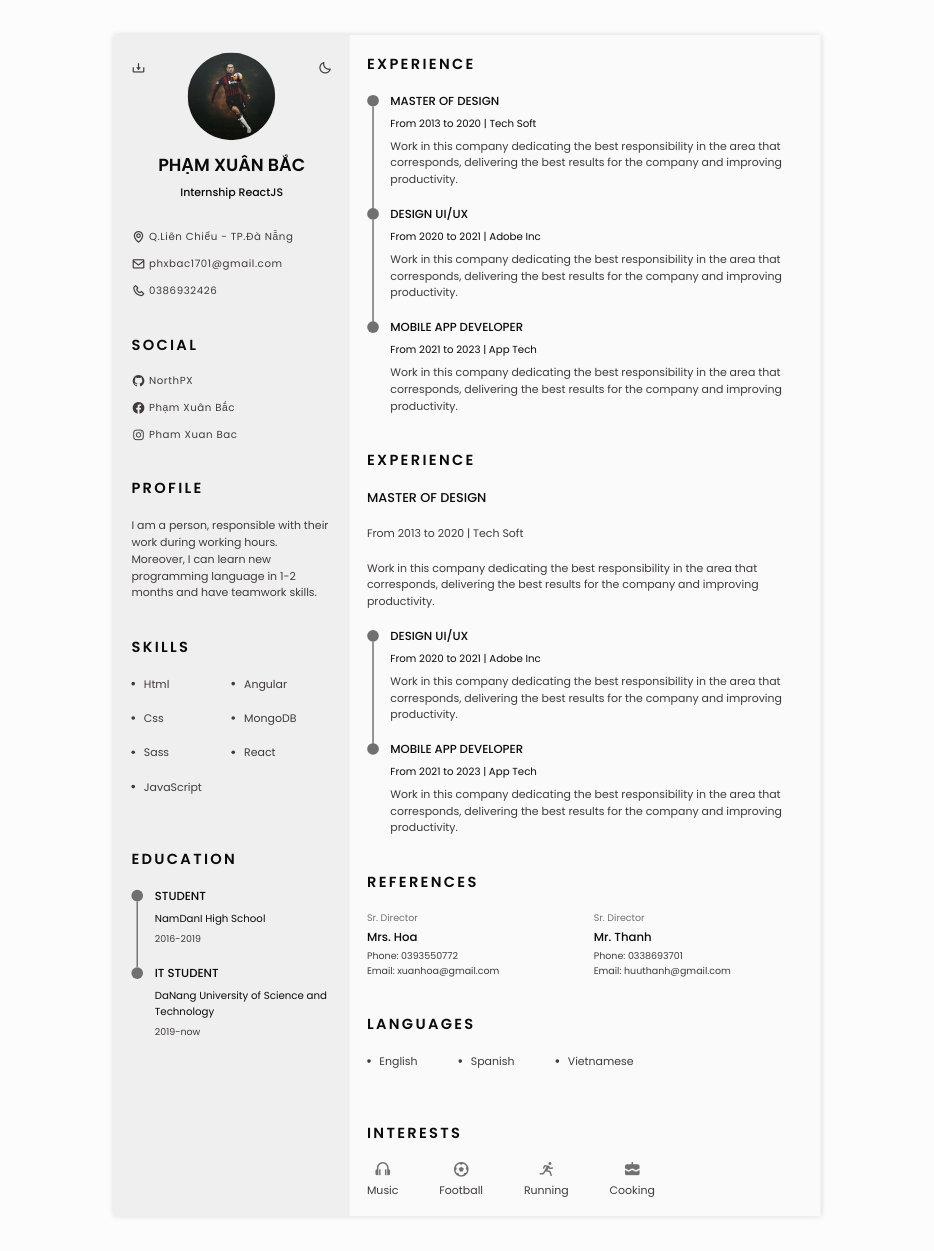
Repository: northpx/myCV
Page: index.html
The author's editor kept a copy of each file at every save. The page is drawn from the files as they stood at one save, then again after a run of saves.
The browser window is 1280 px wide. The pictures show the whole page, at 73% of full size.

Above is the page before, as saved 2023-02-23 17:07:32.
Console error: TypeError: Cannot read properties of null (reading 'classList')

### index.html
<!DOCTYPE html>
<html lang="en">
<head>
    <meta charset="UTF-8">
    <meta http-equiv="X-UA-Compatible" content="IE=edge">
    <meta name="viewport" content="width=device-width, initial-scale=1.0">
    <link rel="stylesheet" href="./src/css/styles.css">
    <link rel="stylesheet" href="https://cdn.jsdelivr.net/npm/boxicons@latest/css/boxicons.min.css">
    <title>Pham Xuan Bac</title>
</head>
<body>
    <header class="l-header" id="header">
        <nav class="nav bd-container">
            <a href="#" class="nav__logo">Bac</a>
            <div class="nav__menu" id="nav-menu">
                <ul class="nav__list">
                    <li class="nav__item">
                        <a href="#home" class="nav__link active-link">
                            <i class='bx bx-home nav__icon' ></i>HOME
                        </a>
                    </li>
                    <li class="nav__item">
                        <a href="#profile" class="nav__link">
                            <i class='bx bx-user nav__icon' ></i>USER
                        </a>
                    </li>
                    <li class="nav__item">
                        <a href="#education" class="nav__link">
                            <i class='bx bx-book nav__icon' ></i>EDUCATION
                        </a>
                    </li>
                    <li class="nav__item">
                        <a href="#skills" class="nav__link">
                            <i class='bx bx-receipt nav__icon' ></i>SKILLS
                        </a>
                    </li>
                    <li class="nav__item">
                        <a href="#experience" class="nav__link">
                            <i class='bx bx-briefcase-alt nav__icon' ></i>experience
                        </a>
                    </li>
                    <li class="nav__item">
                        <a href="#certificates" class="nav__link">
                            <i class='bx bx-award nav__icon' ></i>CERTIFICATES
                        </a>
                    </li>

                    <li class="nav__item">
                        <a href="#references" class="nav__link">
                            <i class='bx bx-link-external nav__icon' ></i>REFERENCES
                        </a>
                    </li>
                </ul>
            </div>

            <div class="nav__toogle" id="nav-toggle">
                <i class="bx bx-grid-alt"></i>
            </div>
        </nav>
    </header>
    <main class="l-main bd-container">
        <div class="resume" id="area-cv">
            <div class="resume__left">
                <section class="home" id="home">
                    <div class="home__container section bd-grid">
                        <div class="home__data bd-grid">
                            <img src="./src/img/z3668101589347_355da8c054c5f58beb49364ce3f9e5b5.jpg" alt="" class="home__img">
                            <h1 class="home__title"><b>PHẠM XUÂN BẮC</b></h1>
                            <h3 class="home__profession">Internship ReactJS</h3>
                            <div>
                                <a download="" href="./src/pdf/resumecv.pdf" class="home__button-movil">Download</a>
                            </div>
                        </div>
                        <div class="home__address bd-grid">
                            <span class="home__information">
                                <i class="bx bx-map home__icon"></i> Q.Liên Chiểu - TP.Đà Nẵng
                            </span>
                            <span class="home__information">
                                <i class="bx bx-envelope home__icon"></i> phxbac1701@gmail.com
                            </span>
                            <span class="home__information">
                                <i class="bx bx-phone home__icon"></i> 0386932426
                            </span>
                        </div>
                    </div>
                    <i class="bx bx-moon change-theme" title="Theme" id="theme-button"></i>
                    <i class="bx bx-download generate-pdf" title="Generate PDF" id="resume-button"></i>
                </section>

                <section class="social section">
                    <h2 class="section-title">Social</h2>
                    <div class="social__container bd-grid">
                        <a href="https://github.com/northpx" target="_blank" class="social_link">
                            <i class="bx bxl-github social__icon"></i> NorthPX
                        </a>
                        <a href="https://www.facebook.com/north.px.13/" target="_blank" class="social_link">
                            <i class="bx bxl-facebook-circle social__icon"></i> Phạm Xuân Bắc
                        </a>
                        <a href="https://www.instagram.com/_north.px_/" target="_blank" class="social_link">
                            <i class="bx bxl-instagram social__icon"></i> Pham Xuan Bac
                        </a>
                    </div>
                </section>

                <section class="profile section" id="profile">
                    <h2 class="section-title">Profile</h2>
                    <p class="profile__description">
                        I am a person, responsible with their work during working hours. Moreover, I can learn new programming language in 1-2 months and have teamwork skills.
                    </p>
                </section>

                <section class="skills section" id="skills">
                    <h2 class="section-title">Skills</h2>
                    <div class="skills__content bd-grid">
                        <ul class="skills__data">
                            <li class="skills__name">
                                <span class="skills__circle"></span> Html
                            </li>
                            <li class="skills__name">
                                <span class="skills__circle"></span> Css
                            </li>
                            <li class="skills__name">
                                <span class="skills__circle"></span> Sass
                            </li>
                            <li class="skills__name">
                                <span class="skills__circle"></span> JavaScript
                            </li>
                        </ul>

                        <ul class="skills__data">
                            <li class="skills__name">
                                <span class="skills__circle"></span> Angular
                            </li>
                            <li class="skills__name">
                                <span class="skills__circle"></span> MongoDB
                            </li>
                            <li class="skills__name">
                                <span class="skills__circle"></span> React
                            </li>
                        </ul>
                    </div>
                </section>

                <section class="education section" id="education">
                    <h2 class="section-title">Education</h2>
                    <div class="education__container bd-grid">
                        <!-- <div class="education__content">
                            <div class="education__time">
                                <span class="education__rounder"></span>
                                <span class="education__line"></span>
                            </div>
                            <div class="education__data bd-grid">
                                <h3 class="education__title">STUDENT</h3>
                                <span class="education__studies">HongLong Secondary School</span>
                                <span class="education__year">2012-2016</span>
                            </div>
                        </div> -->

                        <div class="education__content">
                            <div class="education__time">
                                <span class="education__rounder"></span>
                                <span class="education__line"></span>
                            </div>
                            <div class="education__data bd-grid">
                                <h3 class="education__title">STUDENT</h3>
                                <span class="education__studies">NamDanI High School</span>
                                <span class="education__year">2016-2019</span>
                            </div>
                        </div>

                        <div class="education__content">
                            <div class="education__time">
                                <span class="education__rounder"></span>
                                <!-- <span class="education__line"></span> -->
                            </div>
                            <div class="education__data bd-grid">
                                <h3 class="education__title">IT STUDENT</h3>
                                <span class="education__studies">DaNang University of Science and Technology</span>
                                <span class="education__year">2019-now</span>
                            </div>
                        </div>
                    </div>
                </section>

            </div>

            <div class="resume__right">
                <section class="experience section" id="experience">
                    <h2 class="section-title">experience</h2>
                    <div class="experience__container bd-grid">
                        <div class="experience__content">
                            <div class="experience__time">
                                <span class="experience__rounder"></span>
                                <span class="experience__line"></span>
                            </div>
                            <div class="experience__data bd-grid">
                                <h3 class="experience__title">MASTER OF DESIGN</h3>
                                <span class="experience__company">From 2013 to 2020 | Tech Soft</span>
                                <p class="experience__description">Work in this company dedicating the best responsibility in the area that corresponds, delivering the best results for the company and improving productivity.</p>
                            </div>
                        </div>
                        <div class="experience__content">
                            <div class="experience__time">
                                <span class="experience__rounder"></span>
                                <span class="experience__line"></span>
                            </div>
                            <div class="experience__data bd-grid">
                                <h3 class="experience__title">DESIGN UI/UX</h3>
                                <span class="experience__company">From 2020 to 2021 | Adobe Inc</span>
                                <p class="experience__description">Work in this company dedicating the best responsibility in the area that corresponds, delivering the best results for the company and improving productivity.</p>
                            </div>
                        </div>
                        <div class="experience__content">
                            <div class="experience__time">
                                <span class="experience__rounder"></span>
                            </div>
                            <div class="experience__data bd-grid">
                                <h3 class="experience__title">MOBILE APP DEVELOPER</h3>
                                <span class="experience__company">From 2021 to 2023 | App Tech</span>
                                <p class="experience__description">Work in this company dedicating the best responsibility in the area that corresponds, delivering the best results for the company and improving productivity.</p>
                            </div>
                        </div>
                    </div>
                </section>

                <section class="project section" id="project">
                    <h2 class="section-title">experience</h2>
                    <div class="project__container bd-grid">
                        <div class="project__content">
                            <div class="project__time">
                                <span class="project__rounder"></span>
                                <span class="project__line"></span>
                            </div>
                            <div class="project__data bd-grid">
                                <h3 class="project__title">MASTER OF DESIGN</h3>
                                <span class="project__company">From 2013 to 2020 | Tech Soft</span>
                                <p class="project__description">Work in this company dedicating the best responsibility in the area that corresponds, delivering the best results for the company and improving productivity.</p>
                            </div>
                        </div>
                        <div class="experience__content">
                            <div class="experience__time">
                                <span class="experience__rounder"></span>
                                <span class="experience__line"></span>
                            </div>
                            <div class="experience__data bd-grid">
                                <h3 class="experience__title">DESIGN UI/UX</h3>
                                <span class="experience__company">From 2020 to 2021 | Adobe Inc</span>
                                <p class="experience__description">Work in this company dedicating the best responsibility in the area that corresponds, delivering the best results for the company and improving productivity.</p>
                            </div>
                        </div>
                        <div class="experience__content">
                            <div class="experience__time">
                                <span class="experience__rounder"></span>
                            </div>
                            <div class="experience__data bd-grid">
                                <h3 class="experience__title">MOBILE APP DEVELOPER</h3>
                                <span class="experience__company">From 2021 to 2023 | App Tech</span>
                                <p class="experience__description">Work in this company dedicating the best responsibility in the area that corresponds, delivering the best results for the company and improving productivity.</p>
                            </div>
                        </div>
                    </div>
                </section>

                <!-- <section class="certificate section" id="certificates">
                    <h2 class="section-title">Certificates</h2>
                    <div class="certificate__container bd-grid">
                        <div class="certificate__content">
                            <h3 class="certificate__title">Certified for compliance in the work area (2012)</h3>
                            <p class="certificate__description">For meeting the expectations of leading the team to work the specified tasks in the labor field.</p>
                        </div>

                        <div class="certificate__content">
                            <h3 class="certificate__title">Certificate of attendance on computer technology.</h3>
                            <p class="certificate__description">For meeting the expectations of leading the team to work the specified tasks in the labor field.</p>
                        </div>

                        <div class="certificate__content">
                            <h3 class="certificate__title">Achievement medal for productivity excellence during the year (2019)</h3>
                            <p class="certificate__description">For meeting the expectations of leading the team to work the specified tasks in the labor field.</p>
                        </div>
                    </div>
                </section> -->

                <section class="references section" id="references">
                    <h2 class="section-title">References</h2>
                    <div class="references__container bd-grid">
                        <div class="references__content bd-grid">
                            <span class="references__subtitle">Sr. Director</span>
                            <h3 class="references__title">Mrs. Hoa</h3>
                            <ul class="references__contact">
                                <li>Phone: 0393550772</li>
                                <li>Email: xuanhoa@gmail.com</li>
                            </ul>
                        </div>

                        <div class="references__content bd-grid">
                            <span class="references__subtitle">Sr. Director</span>
                            <h3 class="references__title">Mr. Thanh</h3>
                            <ul class="references__contact">
                                <li>Phone: 0338693701</li>
                                <li>Email: huuthanh@gmail.com</li>
                            </ul>
                        </div>
                    </div>
                </section>

                <section class="languages section">
                    <h2 class="section-title">Languages</h2>
                    <div class="languages__container bd-grid">
                        <ul class="languages__content bd-grid">
                            <li class="languages_name">
                                <span class="languages__circle"></span> English
                            </li>
                            <li class="languages_name">
                                <span class="languages__circle"></span> Spanish
                            </li>
                            <li class="languages_name">
                                <span class="languages__circle"></span> Vietnamese
                            </li>

                        </ul>
                    </div>
                </section>

                <section class="interests section">
                    <h2 class="section-title">Interests</h2>
                    <div class="interests__container bd-grid">
                        <div class="interests__content">
                            <i class="bx bx-headphone interests__icon"></i>
                            <span class="interests__name">Music</span>
                        </div>
                        <div class="interests__content">
                            <i class='bx bx-football interests__icon' ></i>
                            <span class="interests__name">Football</span>
                        </div>
                        <div class="interests__content">
                            <i class='bx bx-run interests__icon' ></i>
                            <span class="interests__name">Running</span>
                        </div>
                        <div class="interests__content">
                            <i class='bx bxs-cake interests__icon' ></i>
                            <span class="interests__name">Cooking</span>
                        </div>
                    </div>
                </section>
            </div>
        </div>
    </main>

    <a href="#" class="scrolltop" id="scroll-top">
        <i class="bx bx-up-arrow-alt scrolltop__icon"></i>
    </a>
    <script src="./src/js/html2pdf.bundle.min.js"></script>
    <script src="./src/js/scripts.js"></script>
</body>
</html>

Loaded but not shown: src/js/html2pdf.bundle.min.js (library); src/js/scripts.js (107 lines, source omitted); src/css/styles.css (578 lines, source omitted)

After the next 8 saves:
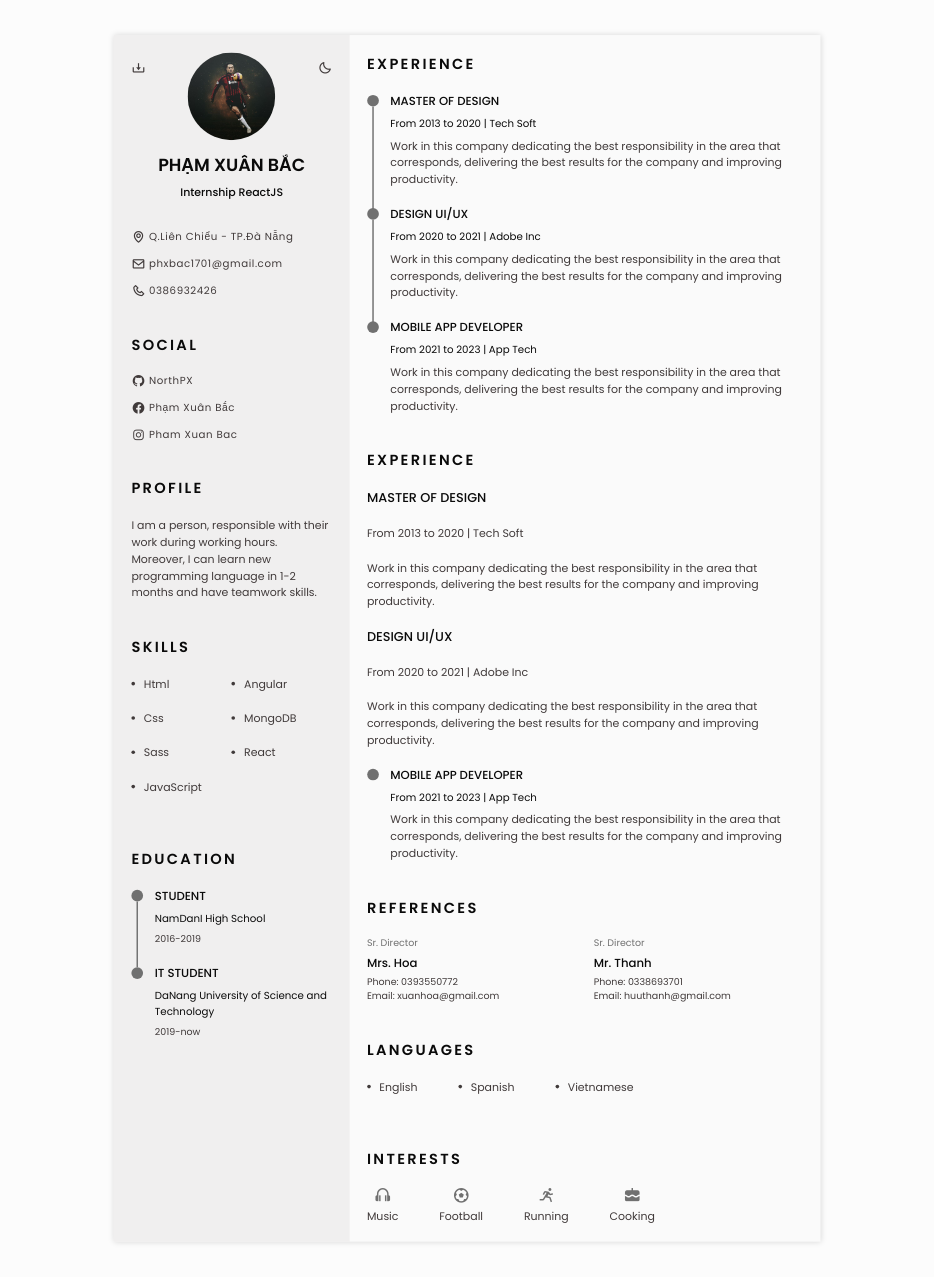
The 8 saves are shown as one change because they came seconds apart.
The last was saved 22 s later.
--- a/index.html
+++ b/index.html
@@ -237,15 +237,15 @@
                                 <p class="project__description">Work in this company dedicating the best responsibility in the area that corresponds, delivering the best results for the company and improving productivity.</p>
                             </div>
                         </div>
-                        <div class="experience__content">
-                            <div class="experience__time">
-                                <span class="experience__rounder"></span>
-                                <span class="experience__line"></span>
-                            </div>
-                            <div class="experience__data bd-grid">
-                                <h3 class="experience__title">DESIGN UI/UX</h3>
-                                <span class="experience__company">From 2020 to 2021 | Adobe Inc</span>
-                                <p class="experience__description">Work in this company dedicating the best responsibility in the area that corresponds, delivering the best results for the company and improving productivity.</p>
+                        <div class="project__content">
+                            <div class="project__time">
+                                <span class="project__rounder"></span>
+                                <span class="project__line"></span>
+                            </div>
+                            <div class="project__data bd-grid">
+                                <h3 class="project__title">DESIGN UI/UX</h3>
+                                <span class="project__company">From 2020 to 2021 | Adobe Inc</span>
+                                <p class="project__description">Work in this company dedicating the best responsibility in the area that corresponds, delivering the best results for the company and improving productivity.</p>
                             </div>
                         </div>
                         <div class="experience__content">
